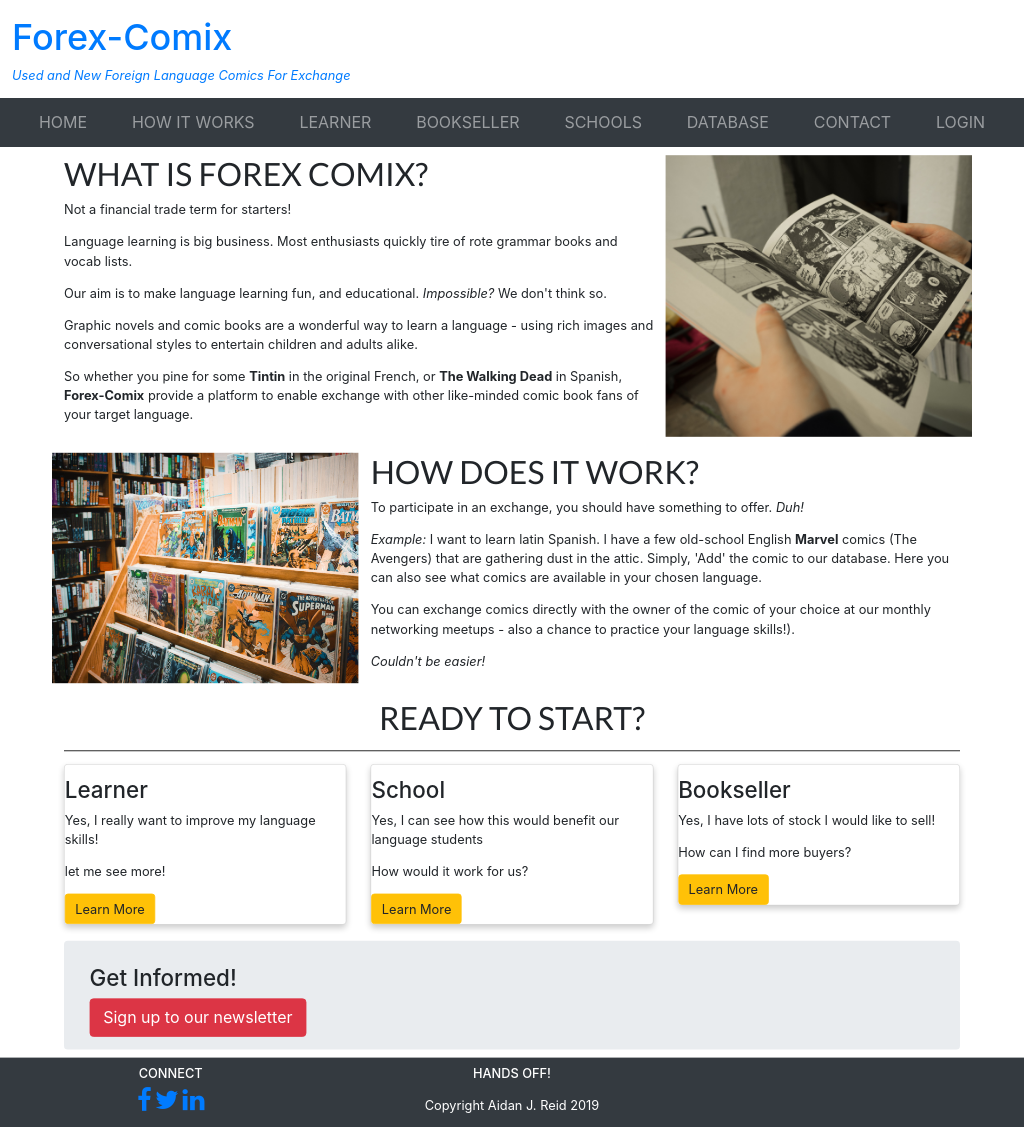
Repository: AidanJReid/Forex-Comix
Page: index.html
The author's editor kept a record of every edit. The page is drawn from the files as they stood at one moment, then again after the next edit.
The browser window is 1280 px wide. The pictures show the whole page, at 80% of full size.

Above is the page before.

### index.html
<!DOCTYPE html>
<html lang="en">

<head>
    <meta charset="UTF-8">
    <meta name="viewport" content="width=device-width, initial-scale=1.0">
    <meta http-equiv="X-UA-Compatible" content="ie=edge">
    <link rel="stylesheet" href="https://stackpath.bootstrapcdn.com/bootstrap/4.3.1/css/bootstrap.min.css" integrity="sha384-ggOyR0iXCbMQv3Xipma34MD+dH/1fQ784/j6cY/iJTQUOhcWr7x9JvoRxT2MZw1T" crossorigin="anonymous">
    <link rel="stylesheet" href="https://stackpath.bootstrapcdn.com/font-awesome/4.7.0/css/font-awesome.min.css" type="text/css" />
    <link href="https://fonts.googleapis.com/css?family=Lato:300i,400,400i,700,700i&display=swap" rel="stylesheet">
    <script src="https://ajax.googleapis.com/ajax/libs/jquery/3.4.1/jquery.min.js"></script>
    <script src="https://cdnjs.cloudflare.com/ajax/libs/popper.js/1.14.7/umd/popper.min.js"></script>
    <script src="https://maxcdn.bootstrapcdn.com/bootstrap/4.3.1/js/bootstrap.min.js"></script>
    <link rel="stylesheet" href="assets/css/style.css" type="text/css" />
    <title>Forex-Comix</title>
</head>

<body>
    <header id="home">
        <div class="container-fluid">
            <div class="row">
                <div class="col">
                    <a href="index.html">
                        <h4 id="Name">Forex-Comix</h4>
                        <p id="subtitle"><em>Used and New Foreign Language Comics For Exchange</em></p>
                    </a>
                </div>
            </div>
        </div>

        <nav class="navbar bg-dark navbar-dark navbar-expand-sm sticky-top" id="navbar">
            <button class="navbar-toggler" type="button" data-toggle="collapse" data-target="#collapsibleNavbar">
                <span class="navbar-toggler-icon"></span>
                </button>
            <div class="collapse navbar-collapse justify-content-center" id="collapsibleNavbar">
                <ul class="navbar-nav">
                    <li class="nav-item">
                        <a href="#home" class="nav-link">Home</a>
                    </li>
                    <li class="nav-item">
                        <a href="#welcome" class="nav-link">How it Works</a>
                    </li>
                    <li class="nav-item">
                        <a href="#books" class="nav-link">Learner</a>
                    </li>
                    <li class="nav-item">
                        <a href="#blog" class="nav-link">Bookseller</a>
                    </li>
                    <li class="nav-item">
                        <a href="#free" class="nav-link">Schools</a>
                    </li>
                    <li class="nav-item">
                        <a href="#form" class="nav-link">Database</a>
                    </li>
                    <li class="nav-item">
                        <a href="#form" class="nav-link">Contact</a>
                    </li>
                    <li class="nav-item">
                        <a href="#form" class="nav-link">Login</a>
                    </li>
                </ul>
            </div>
        </nav>

    </header>
    <div class="container-fluid" id="body-bg">
        <div class="container bio" id="what">
            <div class="row">
                <div class="col-xs-12 col-md-8">
                    <h1>What is Forex Comix?</h1>

                    <p>Not a financial trade term for starters!</p>

                    <p>Language learning is big business. Most enthusiasts quickly tire of rote grammar books and vocab lists.</p>

                    <p>Our aim is to make language learning fun, and educational. <em>Impossible?</em> We don't think so.</p>

                    <p>Graphic novels and comic books are a wonderful way to learn a language - using rich images and conversational styles to entertain children and adults alike.</p>

                    <p>So whether you pine for some <strong>Tintin</strong> in the original French, or <strong>The Walking Dead</strong> in Spanish, <strong>Forex-Comix</strong> provide a platform to enable exchange with other like-minded comic book fans
                        of your target language.</p>
                </div>
                <div class="d-none d-md-block col-md-4 blackwhite">
                </div>
            </div>
        </div>
        <div class="container how" id="how">
            <div class="row">
                <div class="d-none d-md-block col-md-4 stand">
                </div>
                <div class="col-xs-12 col-md-8">
                    <h1>How does it work?</h1>
                    <p>To participate in an exchange, you should have something to offer. <em>Duh!</em></p>

                    <p><em>Example:</em> I want to learn latin Spanish. I have a few old-school English <strong>Marvel</strong> comics (The Avengers) that are gathering dust in the attic. Simply, 'Add' the comic to our database. Here you can also see what comics are available
                        in your chosen language.</p>

                    <p>You can exchange comics directly with the owner of the comic of your choice at our monthly networking meetups - also a chance to practice your language skills!).</p>

                    <p><em>Couldn't be easier!</em></p>
                </div>
            </div>
        </div>
        <div class="container profiles" id="profiles">
            <h1 class="ready-header">Ready to start?</h1>
            <hr class="hr-main-sections">
            <div class="row">
                <div class="col-md-4 learner">
                    <div class="card">
                        <div class="container-blog-item">
                            <h3>Learner</h3>
                            <p>Yes, I really want to improve my language skills!</p>
                            <p>let me see more!</p>
                            <div id="button">
                                <a href="blog1.html" type="button" class="btn btn-warning">Learn More</a>
                            </div>
                        </div>
                    </div>
                </div>

                <div class="col-md-4 school">
                    <div class="card">
                        <div class="container-blog-item">
                            <h3>School</h3>
                            <p>Yes, I can see how this would benefit our language students</p>
                            <p>How would it work for us?</p>
                            <div id="button">
                                <a href="blog2.html" type="button" class="btn btn-warning">Learn More</a>
                            </div>
                        </div>
                    </div>
                </div>

                <div class="col-md-4 bookseller">
                    <div class="card">
                        <div class="container-blog-item">
                            <h3>Bookseller</h3>
                            <p>Yes, I have lots of stock I would like to sell!</p>
                            <p>How can I find more buyers?</p>
                            <div id="button">
                                <a href="blog3.html" type="button" class="btn btn-warning">Learn More</a>
                            </div>
                        </div>
                    </div>
                </div>
            </div>
        </div>
        <div class="container nl" id="nl">
            <div class="jumbotron scroll text-left">
                <div class="row">
                    <div class="col">
                        <h3>Get Informed!</h3>
                        <a href="https://dl.bookfunnel.com/myx36xodwz" type="button" class="btn btn-danger btn-lg" id="subscribe" target="_blank">Sign up to our newsletter</a>
                    </div>
                </div>
            </div>
        </div>
    </div>
    <div class="container-fluid footer footer-dark bg-dark">
        <footer="container">
            <div class="row">
                <div class="col-sm-4 foot-col">
                    <h6>Connect</h6>
                    <a href="https://www.facebook.com/aidanjreidauthor/" target="_blank"><i class="fa fa-facebook fa-2x"></i></a>
                    <a href="http://www.twitter.com/aidanjreid" target="_blank"><i class="fa fa-twitter fa-2x"></i></a>
                    <a href="https://www.linkedin.com/in/aidanreid/" target="_blank"><i class="fa fa-linkedin fa-2x"></i></a>
                </div>
                <div class="col-sm-4 foot-col">
                    <h6>Hands off!</h6>
                    <p>Copyright Aidan J. Reid 2019</p>
                </div>
            </div>
            </footer>
    </div>
</body>

</html>

### assets/css/style.css
/* Home Page */

.blackwhite {
    background:url("../images/black.jpg");
    background-size: cover;
}

.stand {
    background:url("../images/stand.jpg");
    background-size: cover;
}


/* --------------------------- MISC/FONTS */

.container {
    padding: 10px;
}

/* --------------------------- MISC/FONTS */

.ready-header {
    text-align: center;
}

/* --------------------------- PROFILE SECTION */

#learner {
    background-color: pink;
}

#school {
    background-color: yellow;
}

#bookseller {
    background-color: grey;
}

/* --------------------------- PROFILE SECTION */

.jumbotron {
    text-align: center;
}

button {
    text-align: center;
    position: center;
}



/* --------------------------- MISC/FONTS */

/*#body-bg {*/
/*    background:url("../images/wall.jpg");*/
/*    background-size: contain;*/
/*    background-repeat: repeat;*/
/*}*/

h1 {
    font-family: 'Lato', sans-serif; /*link to style in html head*/
    text-transform: uppercase;
}

/* --------------------------- HEADER */

header {
    margin: 0px;
}

#Name {
    display: inline-block;
    font-size: 45px;
    width: 100%;
    padding-top: 20px;
}

.logo a {
    text-shadow: 0 0 5px #FF0000, 0 0 5px #0000FF;
    text-transform: uppercase;
    color: white;
}

.logo {
    background-color: black;
    font-family: 'Lato', sans-serif;
}

#Title {
    font-size: 18px;
    float: right;
}



/* --------------------------- NAV BAR */

.nav-item a {
    color: #f2f2f2;
    text-align: center;
    text-decoration: none;
    font-size: 20px;
    margin: 0 20px;
    text-transform: uppercase;

}

/*----------------------- BLOG section*/

.card {
  box-shadow: 0 4px 8px 0 rgba(0,0,0,0.2);
  transition: 0.3s;
  border-radius: 5px;
}

.card:hover {
  box-shadow: 0 8px 16px 0 rgba(0,0,0,0.2);
}

.container-item {
  padding: 2px 16px 10px 16px;
}

/* images and attributes in separate blog section below */

.blog-images {
    height: 250px;
    background-size: cover;
}

.blog-content {
    padding: 15px 0px 15px 0px;
}

h3 {
    padding-top: 15px;
}

/* blog container section*/

.blog {
    background-color: white;
    padding: 20px;
    margin-top: 20px;
}

.btn-warning a {
    text-decoration: none;
}

/*----------------------- FREE section*/

/* book background img - href="https://unsplash.com/photos/Oaqk7qqNh_c */

.free {
    background:url("../images/book-bg.jpg");
    padding: 20px;
    background-attachment: fixed;
    background-position: center;
    background-repeat: no-repeat;
    background-size: cover;
    margin-top: 20px;
}

.jumbotron {
    padding: 16px 32px;
    margin-bottom: 0;
}

.fright {
    text-align: right;
}

#subscribe {
    float: left;
}

.btn-danger a {
    color: white;
    text-decoration: none;
}

.hr-main-sections {
    background-color: black;
}

/*----------------------- FOOTER section*/

.footer p {
    color: white;
    padding-top: 10px;
}

.footer h6 {
    text-transform: uppercase;
    color: white;
    padding-top: 10px;
}

.foot-col {
    text-align: center;
}

After the next edit:
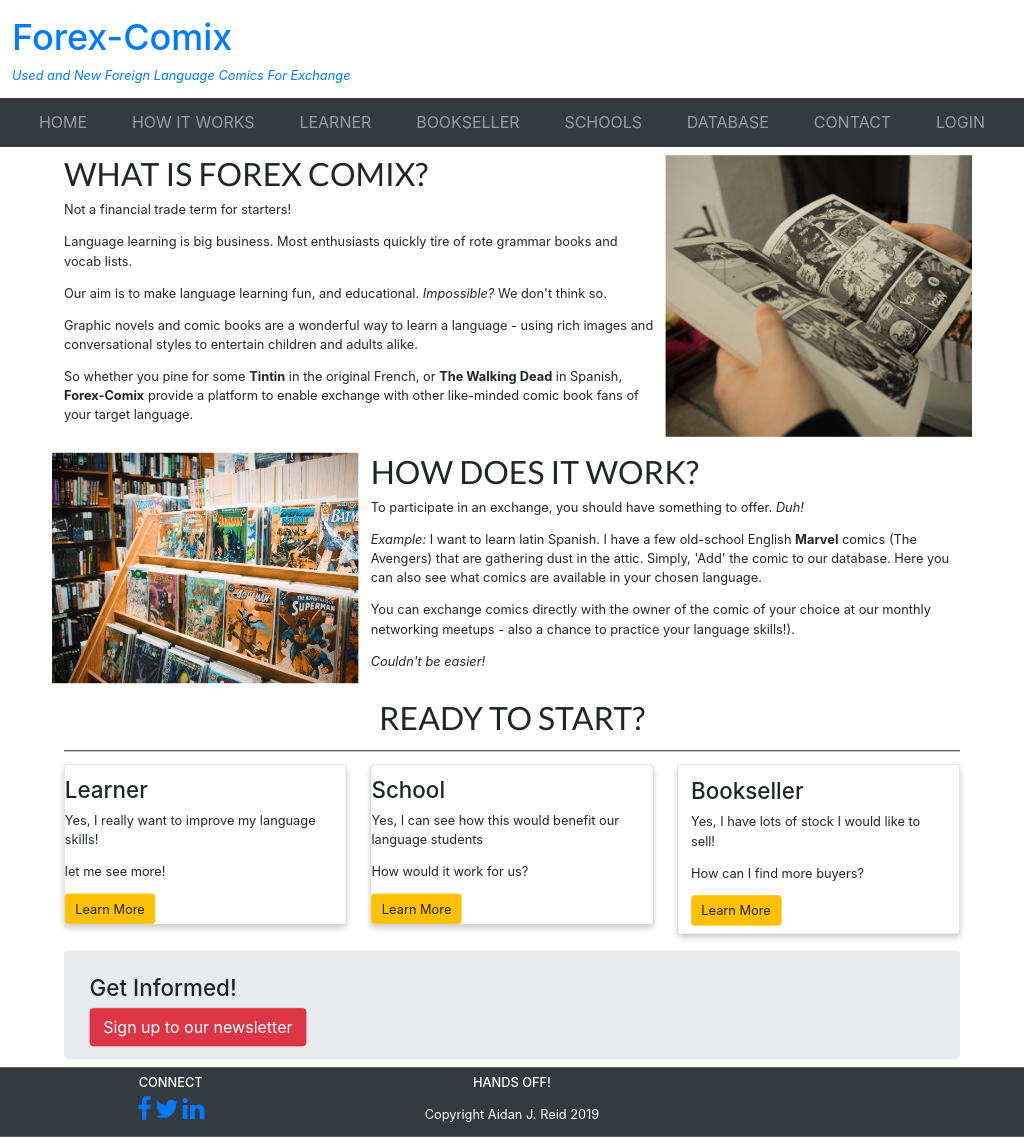
The edit:
--- a/index.html
+++ b/index.html
@@ -133,7 +133,7 @@
 
                 <div class="col-md-4 bookseller">
                     <div class="card">
-                        <div class="container-blog-item">
+                        <div class="container-item">
                             <h3>Bookseller</h3>
                             <p>Yes, I have lots of stock I would like to sell!</p>
                             <p>How can I find more buyers?</p>
